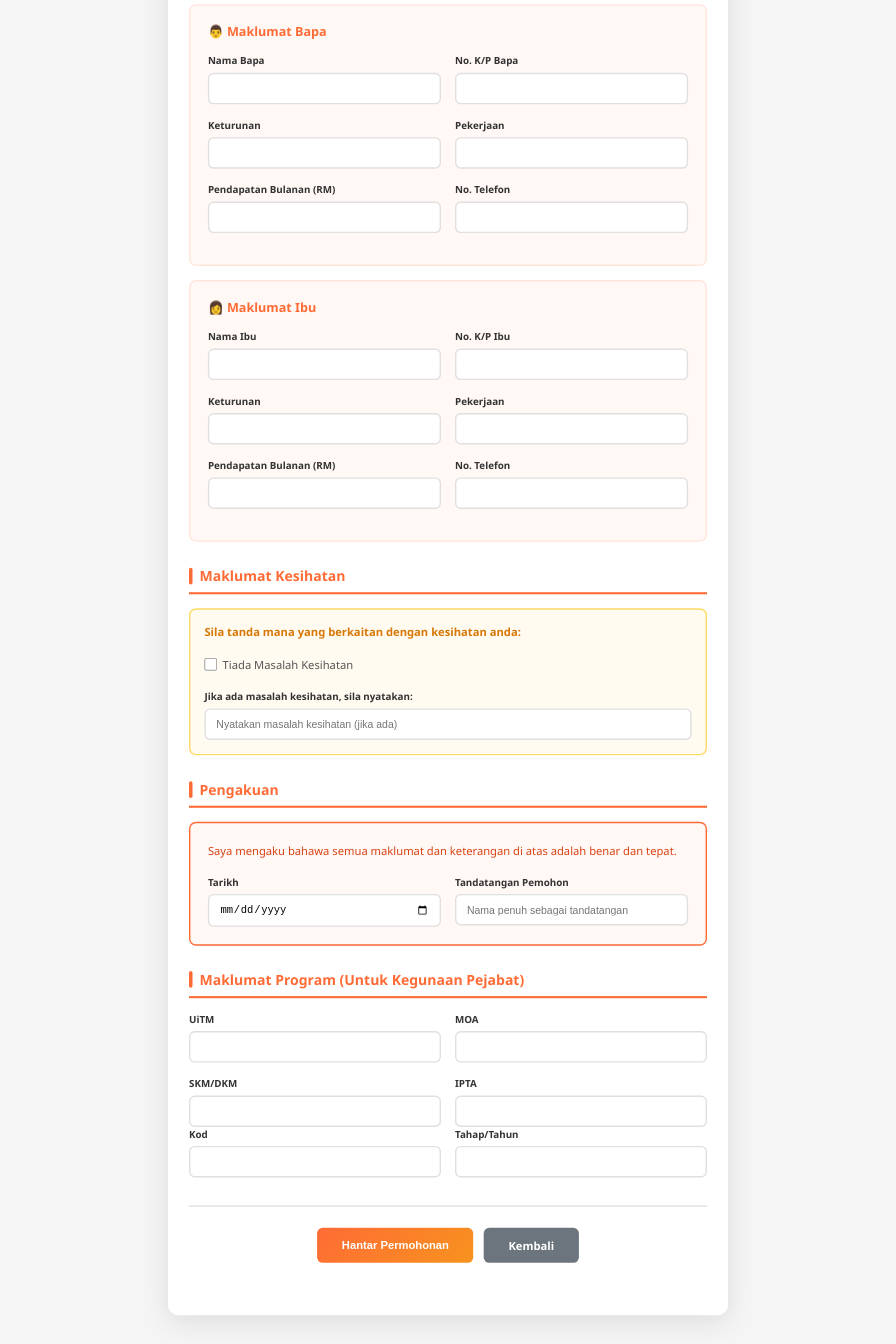
Repository: Aliyamai/SPB1K
Page: borangElektrik.html
An editor plug-in stored every save of this project. The page is shown before and after the next save, followed by the edit.
The browser window is 1280 px wide. The pictures show the part of the page from y = 1420 to 3340 px (the page is 3340 px tall before and 2974 px after), at 70% of full size.

Above is the page before, as saved 2025-11-21 10:50:49.

After the next save:
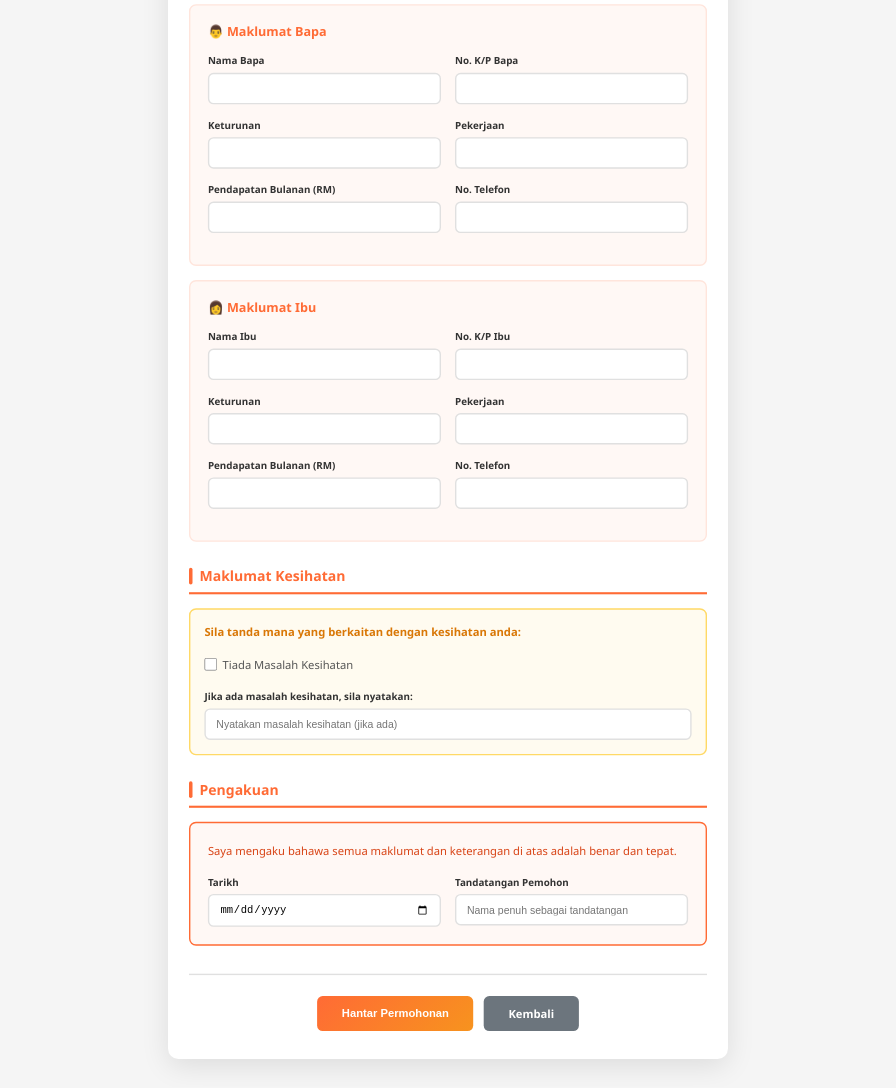
Saved 13 s later.
--- a/borangElektrik.html
+++ b/borangElektrik.html
@@ -506,41 +506,6 @@
         </div>
       </div>
 
-      <!-- Program Information (Internal Use) -->
-      <div class="section">
-        <div class="section-title">Maklumat Program (Untuk Kegunaan Pejabat)</div>
-
-        <div class="program-grid">
-          <div class="form-field">
-            <label>UiTM</label>
-            <input type="text" name="uitm">
-          </div>
-          <div class="form-field">
-            <label>MOA</label>
-            <input type="text" name="moa">
-          </div>
-          <div class="form-field">
-            <label>SKM/DKM</label>
-            <input type="text" name="skm">
-          </div>
-          <div class="form-field">
-            <label>IPTA</label>
-            <input type="text" name="ipta">
-          </div>
-        </div>
-
-        <div class="form-grid">
-          <div class="form-field">
-            <label>Kod</label>
-            <input type="text" name="kod">
-          </div>
-          <div class="form-field">
-            <label>Tahap/Tahun</label>
-            <input type="text" name="tahap">
-          </div>
-        </div>
-
-
 
       <!-- Action Buttons -->
       <div class="buttons">
